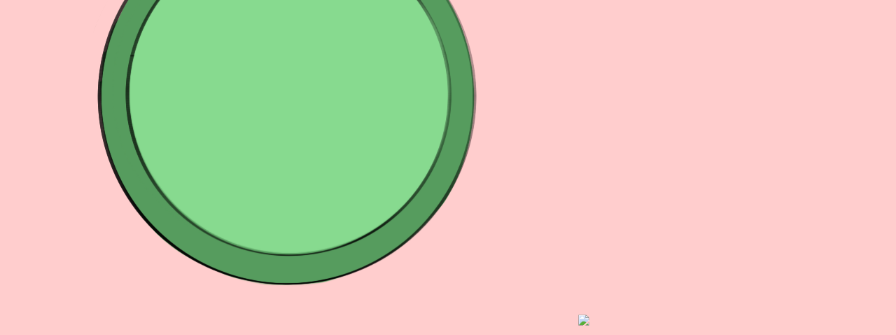
Repository: holyygreg/PortfolioProject
Page: code files/index.html
An editor plug-in stored every save of this project. The page is shown before and after a run of saves, followed by the edit.
The browser window is 1280 px wide. The pictures show the part of the page from y = 1275 to 3195 px (the page is 1753 px tall before and 3195 px after), at 70% of full size.
A picture or video elsewhere on the page could not be fetched, so the positions and the page height are approximate.

Above is the page before, as saved 2024-08-07 12:54:32.

After the next 8 saves:
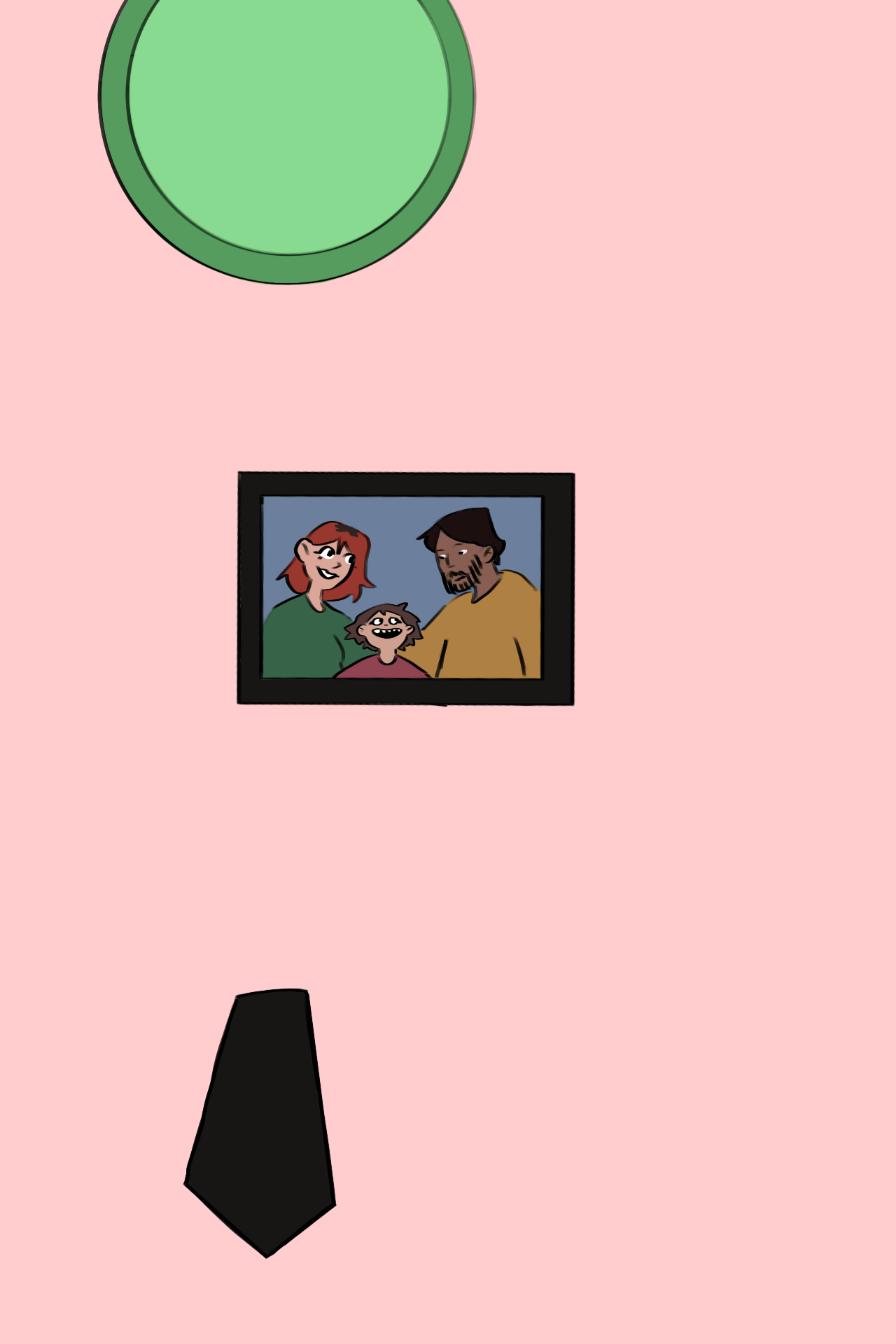
The 8 saves are shown as one change because they came seconds apart.
The last was saved 18 s later.
--- a/code files/index.html
+++ b/code files/index.html
@@ -64,8 +64,8 @@
 
         <div id="room-items" class="portfolio">
             <img src="./resurses/девочка/drive-download-20230130T083036Z-001/05735070-0A09-4112-8CBE-694C3BE26B28.png">
-            <img src="./">
-            <img src="">
+            <img src="./resurses/девочка/drive-download-20230130T083036Z-001/1A4DBD57-0471-4D01-B203-9ED1EA75D978.png">
+            <img src="./resurses/девочка/drive-download-20230130T083036Z-001/1C3FB3EC-F38B-4819-B253-A8B346CF3CB7.png">
             <img src="">
             <img src="">
             <img src="">
